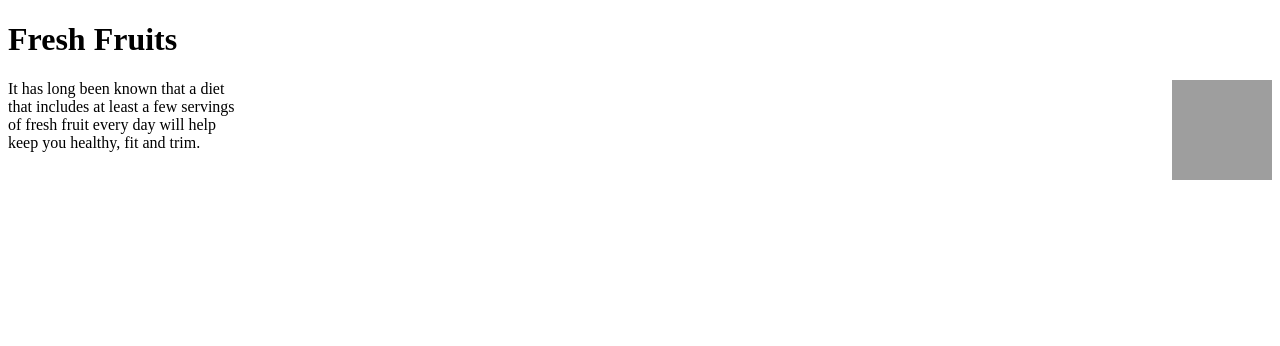
Repository: Helianthusss/Learn-CPP
Page: HTML/lap2/bai1.html
These files come from the project's save history. The page is drawn as it stood at one moment and after the next save; the edit follows.
The browser window is 1280 px wide. The pictures show the whole page.
Pictures or frames that could not be fetched are drawn as grey boxes.

Above is the page before, as saved 2021-09-22 09:46:58.

After the next save:
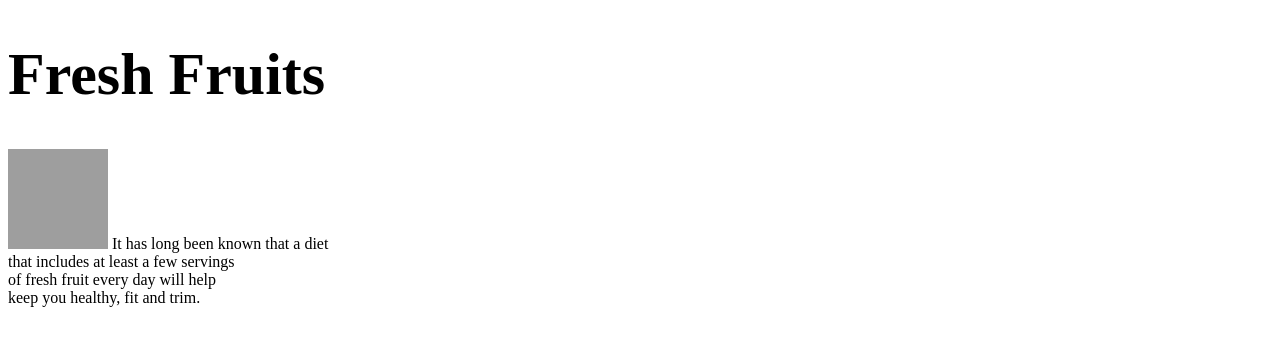
Saved 104 s later.
--- a/HTML/lap2/bai1.html
+++ b/HTML/lap2/bai1.html
@@ -13,14 +13,14 @@
     </style>
   </head>
   <body>
-    <h1>Fresh Fruits</h1>
+    <h1 style="font-size: 60px">Fresh Fruits</h1>
     <p>
       <img
         src="https://img.lovepik.com/element/40111/3411.png_860.png"
         alt="Fruits"
         width="100"
         height="100"
-        align="right"
+        align="right "
       />
       It has long been known that a diet<br />
       that includes at least a few servings<br />
